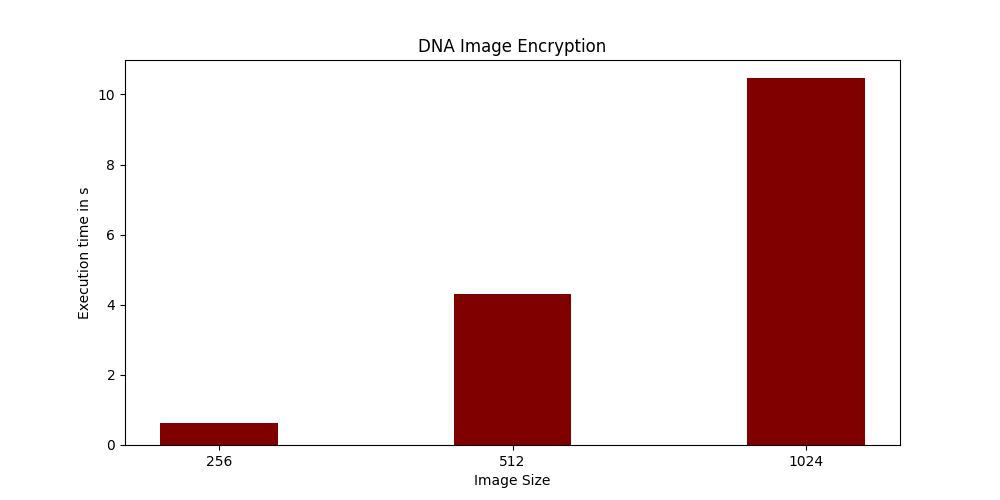
Repository: vishalsinghhh/DNA-cryptography-Project
Script's output: python DNA/Graphs.py
An editor plug-in stored every save of this project. The script's output is shown before and after the next save, followed by the edit.
Random numbers start from a fixed seed.

Above is the script's output before, as saved 2023-04-11 11:06:06.

### DNA/Graphs.py
import numpy as np
import matplotlib.pyplot as plt


# creating the dataset
data = {'256':0.63, '512':4.31, '1024':10.46}
courses = list(data.keys())
values = list(data.values())

fig = plt.figure(figsize = (10, 5))

# creating the bar plot
plt.bar(courses, values, color ='maroon',
        width = 0.4)

plt.xlabel("Image Size")
plt.ylabel("Execution time in s")
plt.title("DNA Image Encryption")
plt.show()

After the next save:
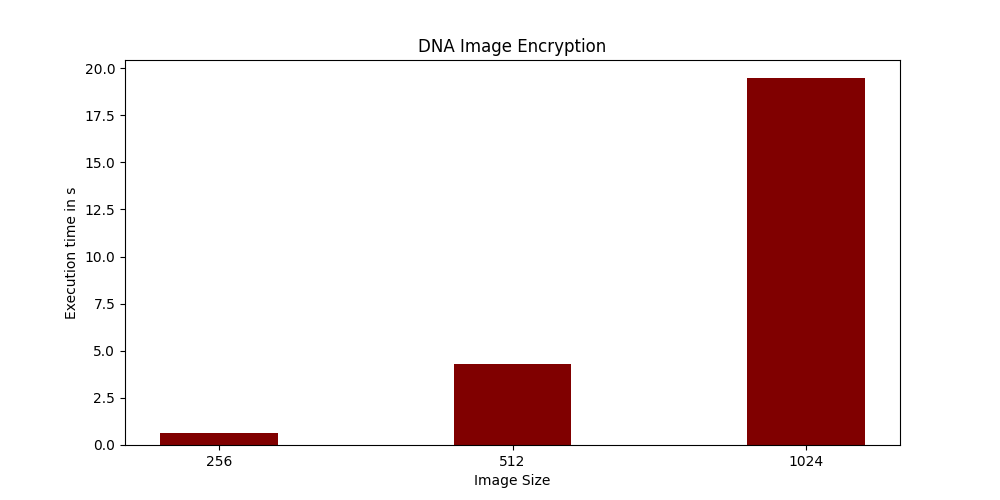
Saved 5 s later.
--- a/DNA/Graphs.py
+++ b/DNA/Graphs.py
@@ -3,7 +3,7 @@ import matplotlib.pyplot as plt
 
 
 # creating the dataset
-data = {'256':0.63, '512':4.31, '1024':10.46}
+data = {'256':0.63, '512':4.31, '1024':19.46}
 courses = list(data.keys())
 values = list(data.values())
 
